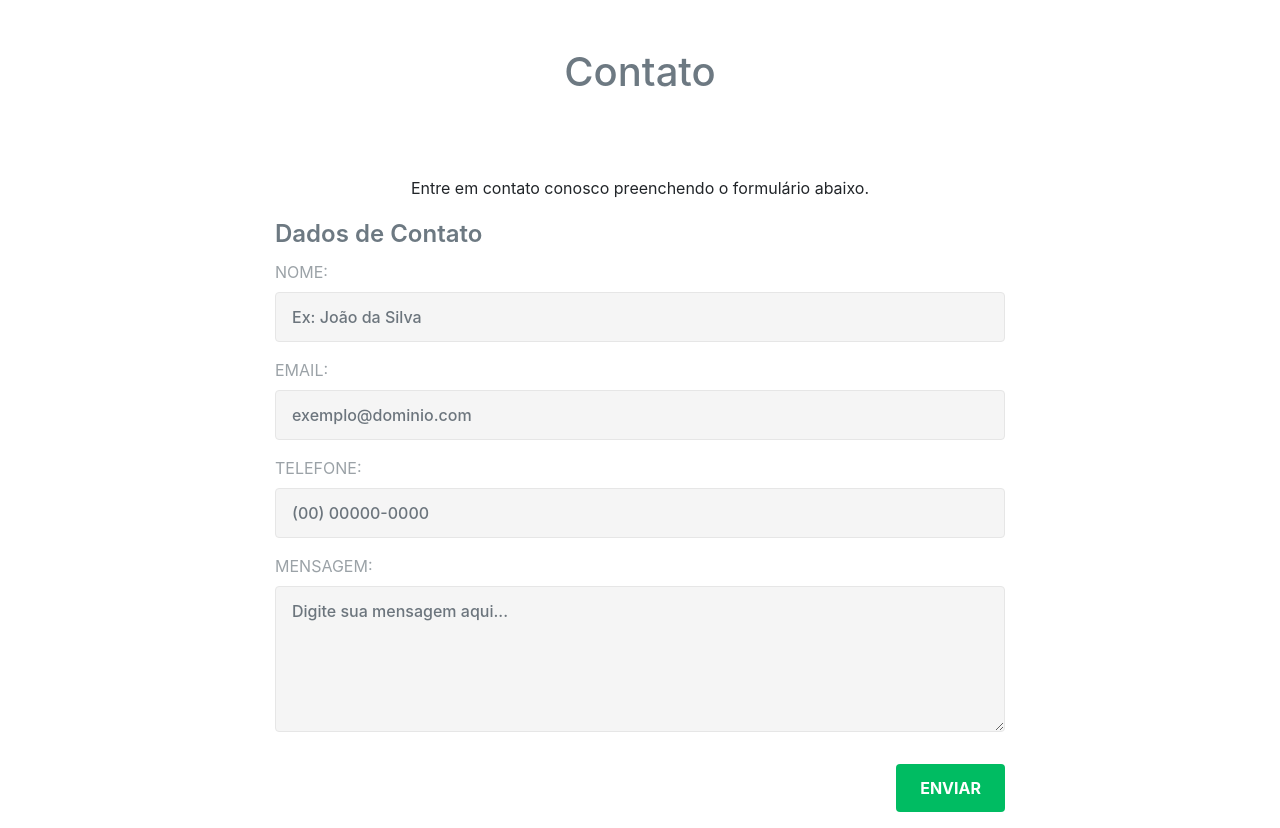
Repository: myserywork/alertaphp
Page: http://localhost/database/application/views/frontend/contato/index.php
The author's editor kept a copy of each file at every save. The page is drawn from the files as they stood at one save, then again after the next save.
The browser window is 1280 px wide. The pictures show the whole page.
The page is run by PHP 8.4 with error messages shown; the project is at /var/www/html/.

Above is the page before, as saved 2024-06-02 18:57:20.
Console error: ReferenceError: IMask is not defined

### application/views/frontend/contato/index.php
<!DOCTYPE html>
<html lang="pt-br">

<head>
    <meta charset="UTF-8">
    <meta name="viewport" content="width=device-width, initial-scale=1.0">
    <title>Contato</title>

    <!-- Bootstrap CSS -->
    <link rel="stylesheet" href="https://stackpath.bootstrapcdn.com/bootstrap/4.5.2/css/bootstrap.min.css">

    <!-- jQuery -->
    <script src="https://code.jquery.com/jquery-3.6.0.min.js"></script>
    <script src="https://stackpath.bootstrapcdn.com/bootstrap/4.5.2/js/bootstrap.bundle.min.js"></script>

    <style>
        .form-control {
            border-radius: 0.25rem;
            background: #f5f5f5;
            border: 1px solid #e6e6e6;
            padding: 0.75rem 1rem;
            width: 100%;
            height: auto;
            color: #495057;
            font-weight: 500;
            font-size: 1rem;
        }

        .bt-enviar {
            background-color: #00bc62;
            border: 0;
            border-radius: 0.25rem;
            padding: 0.75rem 1.5rem;
            color: white;
            font-size: 1rem;
            font-weight: 700;
            text-transform: uppercase;
            transition: background-color 0.3s;
        }

        .bt-enviar:hover {
            background-color: #00a653;
        }

        label {
            color: #9ba2a7;
            text-transform: uppercase;
            margin-bottom: 0.5rem;
        }

        .error {
            color: red;
            font-size: 0.875rem;
        }
    </style>
</head>

<body>
    <div class="container mt-5">
        <div class="row justify-content-center">
            <div class="col-md-8">
                <h1 class="text-center" style="color:#6d7982;font-weight: 500;margin-bottom:2em;">Contato</h1>
                <p class="text-center">Entre em contato conosco preenchendo o formulário abaixo.</p>
                <form id="formContato" action="seu_script_de_envio.php" method="post">
                    <fieldset>
                        <legend style="color:#6d7982;font-weight: 600;">Dados de Contato</legend>
                        <div class="form-group">
                            <label for="nome">Nome:</label>
                            <input type="text" class="form-control" id="nome" name="nome" placeholder="Ex: João da Silva" required>
                            <div class="error" id="nomeError"></div>
                        </div>
                        <div class="form-group">
                            <label for="email">Email:</label>
                            <input type="email" class="form-control" id="email" name="email" placeholder="exemplo@dominio.com" required>
                            <div class="error" id="emailError"></div>
                        </div>
                        <div class="form-group">
                            <label for="telefone">Telefone:</label>
                            <input type="text" class="form-control" id="telefone" name="telefone" placeholder="(00) 00000-0000" required>
                            <div class="error" id="telefoneError"></div>
                        </div>
                        <div class="form-group">
                            <label for="mensagem">Mensagem:</label>
                            <textarea class="form-control" id="mensagem" name="mensagem" rows="5" placeholder="Digite sua mensagem aqui..." required></textarea>
                            <div class="error" id="mensagemError"></div>
                        </div>
                    </fieldset>

                    <div class="row mt-3 mb-3">
                        <div class="col-md-12 text-right">
                            <button type="button" id="submitBtn" class="btn btn-primary bt-enviar">Enviar</button>
                        </div>
                    </div>
                </form>
            </div>
        </div>
    </div>

    <!-- Modal -->
    <div class="modal fade" id="successModal" tabindex="-1" role="dialog" aria-labelledby="successModalLabel" aria-hidden="true">
        <div class="modal-dialog" role="document">
            <div class="modal-content">
                <div class="modal-header">
                    <h5 class="modal-title" id="successModalLabel">Sucesso!</h5>
                    <button type="button" class="close" data-dismiss="modal" aria-label="Close">
                        <span aria-hidden="true">&times;</span>
                    </button>
                </div>
                <div class="modal-body">
                    Sua mensagem foi enviada com sucesso! Entraremos em contato em breve.
                </div>
                <div class="modal-footer">
                    <button type="button" class="btn bt-cadastro-x" data-dismiss="modal">Fechar</button>
                </div>
            </div>
        </div>
    </div>
    <style>
           .bt-cadastro {
            background-color: #00bc62;
            border: 0;
            border-radius: 0.25rem;
            padding: 0.75rem 1.5rem;
            color: white;
            font-size: 1rem;
            font-weight: 700;
            text-transform: uppercase;
            transition: background-color 0.3s;
        }

        .bt-cadastro:hover {
            background-color: #00a653;
        }

        .bt-cadastro-x {
            background-color: rgb(0, 188, 98) !important;
            border: 0px;
            border-radius: 64px;
            height: 2.5vw;
            min-height: 38px;
            padding: 0px 16px;
            color: rgb(255, 255, 255);
            display: flex;
            align-items: center;
            justify-content: center;
            text-align: center;
            width: 100%;
        }

        </style>

    <script>
        $(document).ready(function () {
            // Máscara de telefone
            IMask(document.getElementById('telefone'), { mask: '(00) 00000-0000' });

            $('#submitBtn').click(function () {
                var valid = true;
                $('.error').text(''); // Limpar mensagens de erro

                if (!$('#nome').val()) {
                    $('#nomeError').text('O campo Nome é obrigatório.');
                    valid = false;
                }
                if (!$('#email').val()) {
                    $('#emailError').text('O campo Email é obrigatório.');
                    valid = false;
                }
                if (!$('#telefone').val()) {
                    $('#telefoneError').text('O campo Telefone é obrigatório.');
                    valid = false;
                }
                if (!$('#mensagem').val()) {
                    $('#mensagemError').text('O campo Mensagem é obrigatório.');
                    valid = false;
                }

                if (valid) {
                    $('#formContato').submit();
                }
            });

            $("#formContato").submit(function (e) {
                e.preventDefault();
                var actionurl = e.currentTarget.action;

                $.ajax({
                    url: actionurl,
                    type: 'post',
                    dataType: 'json',
                    data: $("#formContato").serialize(),
                    success: function (data) {
                        if (data.success) {
                            $('#successModal').modal('show');
                        } else {
                            alert(data.message);
                        }
                    },
                    error: function () {
                        alert('Erro ao enviar sua mensagem');
                    }
                });
            });
        });
    </script>
</body>

</html>

After the next save:
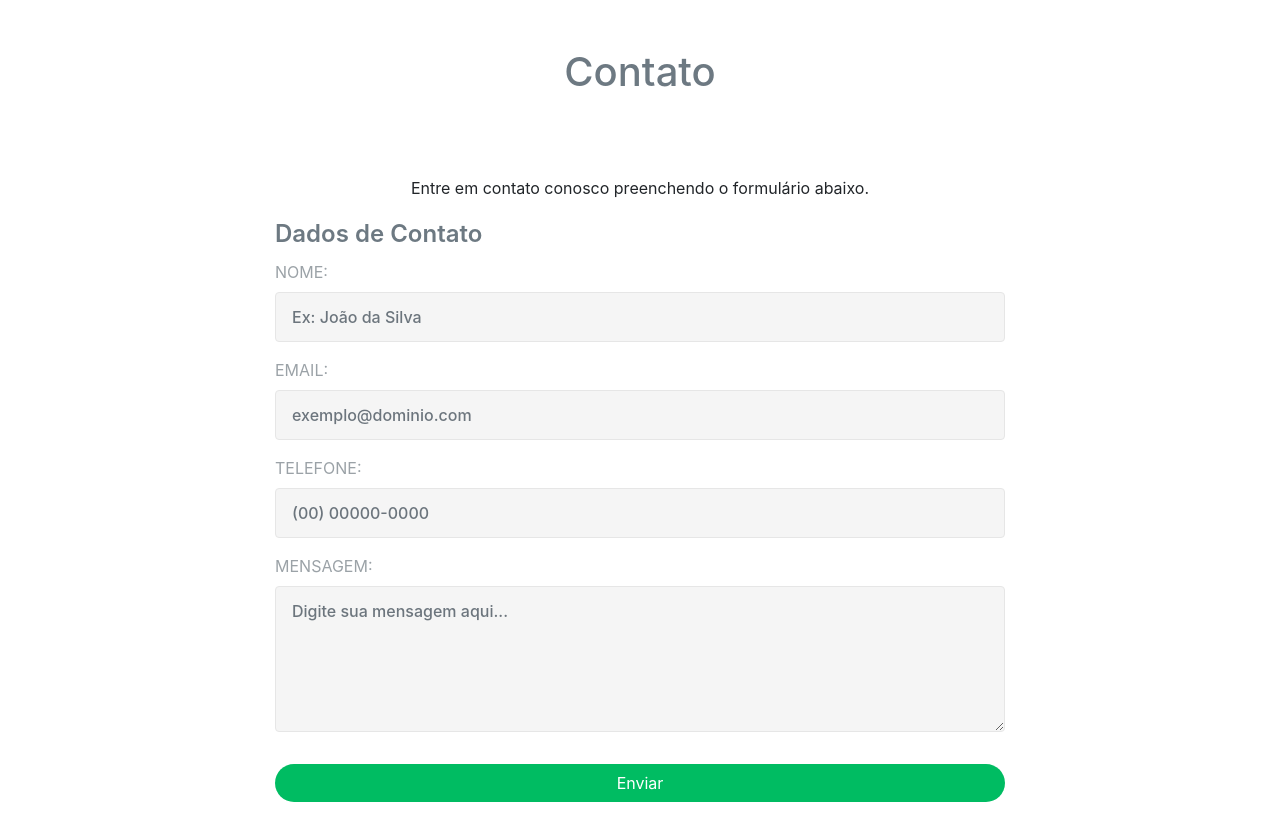
Saved 37 s later.
--- a/application/views/frontend/contato/index.php
+++ b/application/views/frontend/contato/index.php
@@ -88,7 +88,7 @@
 
                     <div class="row mt-3 mb-3">
                         <div class="col-md-12 text-right">
-                            <button type="button" id="submitBtn" class="btn btn-primary bt-enviar">Enviar</button>
+                            <button type="button" id="submitBtn" class="btn btn-primary bt-cadastro-x">Enviar</button>
                         </div>
                     </div>
                 </form>
